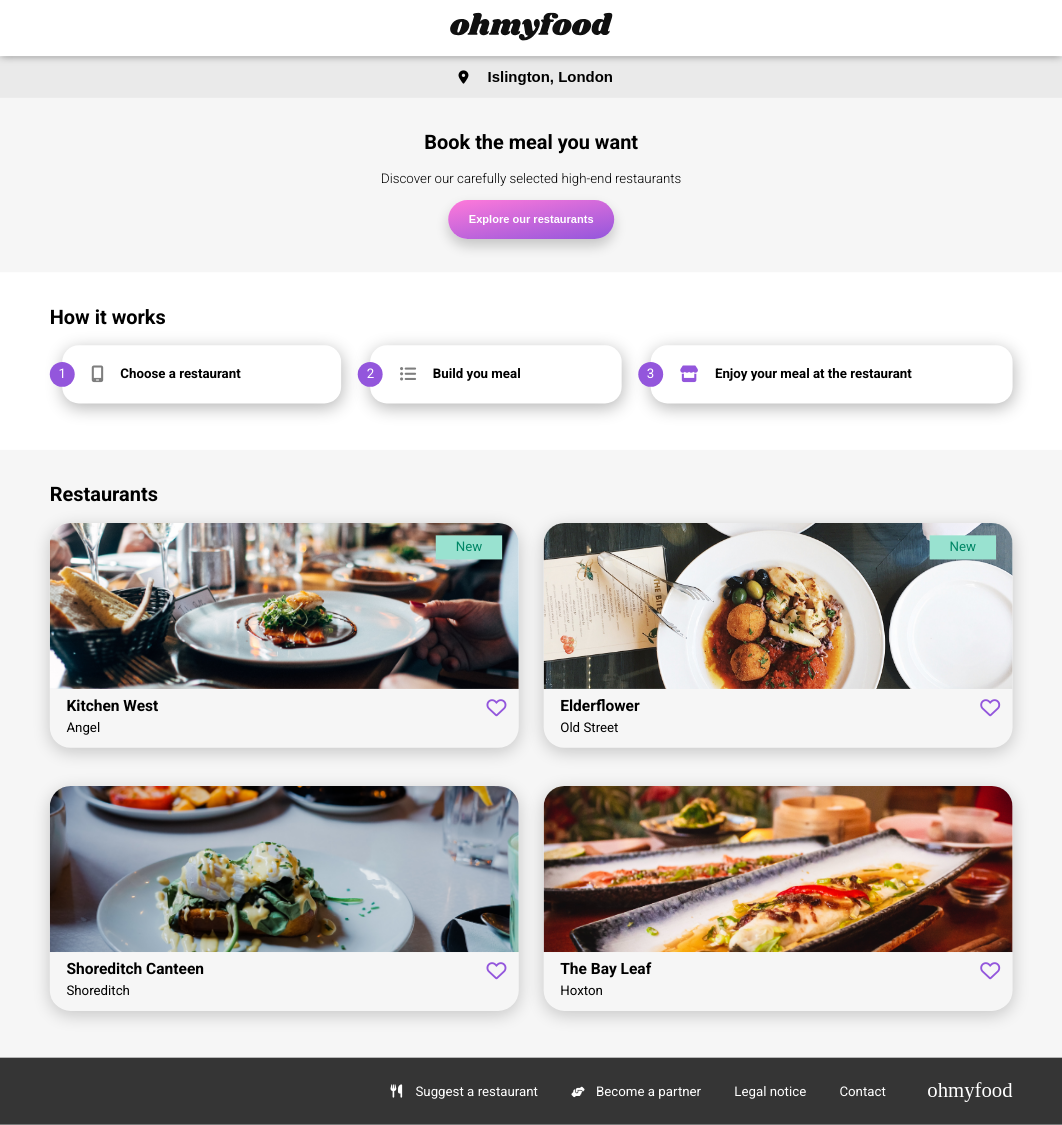
Repository: R1ptou/Project-3
Page: index.html
These files come from the project's save history. The page is drawn as it stood at one moment and after the next save; the edit follows.
The browser window is 1280 px wide. The pictures show the whole page, at 83% of full size.
Some web fonts or font styles are not loaded; a fallback is used. The style sheet was rebuilt from its Sass, Less or Tailwind sources for each picture, by a compiler version that may differ from the author's.

Above is the page before, as saved 2024-03-29 12:30:32.

### index.html
<!DOCTYPE html>
<html lang="en">
<head>
    <meta charset="UTF-8">
    <meta name="viewport" content="width=device-width, initial-scale=1.0">
    <title>ohmyfood</title>
    <link rel="preconnect" href="https://fonts.googleapis.com">
    <link rel="preconnect" href="https://fonts.googleapis.com">
    <link rel="preconnect" href="https://fonts.gstatic.com" crossorigin>
    <link href="https://fonts.googleapis.com/css2?family=Roboto:wght@300;400;700&family=Shrikhand&display=swap" rel="stylesheet">
    <link rel="stylesheet" href="https://cdnjs.cloudflare.com/ajax/libs/font-awesome/6.2.1/css/all.min.css"
        integrity="sha512-MV7K8+y+gLIBoVD59lQIYicR65iaqukzvf/nwasF0nqhPay5w/9lJmVM2hMDcnK1OnMGCdVK+iQrJ7lzPJQd1w=="
        crossorigin="anonymous" referrerpolicy="no-referrer">
    <link rel="stylesheet" href="./css/style.css">
</head>
<body>
<!-- Nav -->
    <nav class="navbar"> <!-- Logo -->
        <div class="container text-center">
            <img class="logo" src="./Images%20and%20text%20Ohmyfood/images/logo/ohmyfood@2x.svg" alt="ohmyfood logo" >
        </div>
    </nav>
    <form class="search-bar"> <!-- Search bar -->
        <div class="container text-center">
            <div class="icon-search"><i class="text-black fa-solid fa-location-dot"></i></div>
            <input class="input-search" value="Islington, London" type="text">
         </div>
    </form>

    <main>
        <section class="section bg-dark"> <!-- Headline -->
            <div class="container text-center">
                <h2 class="headline">Book the meal you want</h2>
                <p class="sub-headline">Discover our carefully selected high-end restaurants</p>
                <button type="submit" class="button-search">Explore our restaurants</button> <!-- Submit button -->
            </div>
        </section>

<!-- How it works -->
        <section class="section container">
            <h2 class="headline">How it works</h2>
             <ol class="list-group">
                <li class="list-group__item">
                    <span class="fa-solid fa-mobile-screen list-group__icon"></span>
                    <span class="list-group__title">Choose a restaurant</span>
                </li>
                <li class="list-group__item">
                    <span class="fa-solid fa-list-ul list-group__icon"></span>
                    <span class="list-group__title">Build you meal</span>
                </li>
                <li class="list-group__item">
                    <span class="fa-solid fa-store list-group__icon active-icon"></span>
                    <span class="list-group__title">Enjoy your meal at the restaurant</span>
                </li>
             </ol>
        </section>
<!-- Restaurants -->
        <section class="section bg-dark">
            <div class="container">
                <h2 class="headline">Restaurants</h2>
                <div class="card-group">
                 <a href="./kitchen-west.html" class="card">
                    <img class="card-img" src="./Images%20and%20text%20Ohmyfood/images/restaurants/jay-wennington-N_Y88TWmGwA-unsplash.jpg" alt="">
                    <span class="badge">New</span>
                    <div class="card-row">
                        <div class="card-content">
                            <h3 class="card-title">Kitchen West</h3>
                            <p class="card-subtitle">Angel</p>
                        </div>
                        <div class="heart">
                            <span class="fa-solid fa-heart heart-icon heart-full"></span>
                            <span class="fa-regular fa-heart heart-icon heart-empty"></span>
                        </div>
                    </div>
                 </a>
                 <a href="./elderflower.html" class="card">
                    <img class="card-img" src="./Images%20and%20text%20Ohmyfood/images/restaurants/stil-u2Lp8tXIcjw-unsplash.jpg" alt="">
                    <span class="badge">New</span>
                    <div class="card-row">
                        <div class="card-content">
                            <h3 class="card-title">Elderflower</h3>
                            <p class="card-subtitle">Old Street</p>
                        </div>
                        <div class="heart">
                            <span class="fa-solid fa-heart heart-icon heart-full"></span>
                            <span class="fa-regular fa-heart heart-icon heart-empty"></span>
                        </div>
                    </div>
                 </a>
                 <a href="./shoreditch-canteen.html" class="card">
                    <img class="card-img" src="./Images%20and%20text%20Ohmyfood/images/restaurants/toa-heftiba-DQKerTsQwi0-unsplash.jpg" alt="">
                    <div class="card-row">
                        <div class="card-content">
                            <h3 class="card-title">Shoreditch Canteen</h3>
                            <p class="card-subtitle">Shoreditch</p>
                        </div>
                        <div class="heart">
                            <span class="fa-solid fa-heart heart-icon heart-full"></span>
                            <span class="fa-regular fa-heart heart-icon heart-empty"></span>
                        </div>
                    </div>
                 </a>
                 <a href="./the-bay-leaf.html" class="card">
                    <img class="card-img" src="./Images%20and%20text%20Ohmyfood/images/restaurants/louis-hansel-shotsoflouis-qNBGVyOCY8Q-unsplash.jpg" alt="">
                    <div class="card-row">
                        <div class="card-content">
                            <h3 class="card-title">The Bay Leaf</h3>
                            <p class="card-subtitle">Hoxton</p>
                        </div>
                        <div class="heart">
                            <span class="fa-solid fa-heart heart-icon heart-full"></span>
                            <span class="fa-regular fa-heart heart-icon heart-empty"></span>
                        </div>
                    </div>
                 </a>
                </div>
            </div>
        </section>
    </main>

<!-- Footer -->

<footer class="footer">
    <div class="container">
    <div class="row"> <!-- Logo -->
        <a href="#" class="footer-logo" title="Back to top of the page">ohmyfood</a>
        <ul class="list">
            <li><a href="#"><span class="fa-solid fa-utensils footer-ico"></span>Suggest a restaurant</a></li>
            <li><a href="#"><i class="fa-solid fa-handshake-angle footer-ico ico-resize"></i>Become a partner</a></li>
            <li><a href="#">Legal notice</a></li>
        <li><a href="mailto:project3@ohmyfood.com" title="Email Us" alt="Email Us">Contact</a></li>
      </ul>
     </div>
    </div>
  </footer>
</body>
</html>

### scss/style.scss
/****** General ***********/

@import "variables";
@import "base";
@import "footer";
@import "loader";
@import "list-group";
@import "card";
@import "button";

.container {
    max-width: 1200px;
    margin: auto;
    padding-left: 20px;
    padding-right: 20px;
}

.text-center {
    text-align: center;
}

.bg-dark {
    background-color: $senary-color;
}

.section {
    padding-top: 40px;
    padding-bottom: 40px;
    position: relative;
}

/****** Nav ***********/
.navbar {
    box-shadow: 0 0 10px 0 rgba($color: #000000, $alpha: .5);
    position: relative;
    padding: 15px 0;
}

.back-link {
    position: absolute;
    left: 20px;
    line-height: 2;
}

.back-link:focus {
    outline: none;
}

/****** restaurant-1 ***********/

.title {
    display: flex;
    justify-content: space-around;
    margin-top: 0;
    font-family: $primary-serif;
}

@media screen and (min-width: 768px) {
    .title {
    text-align: center;
    }
}

.sub-title {
    text-transform: uppercase;
    font-weight: 100px;
    display: inline-block;
    padding: 10px;
    position: relative;
}

.sub-title:before {
    position: absolute;
    content: "";
    display: block;
    height: 3px;
    bottom: 0;
    left: 9px;
    width: 45px;
    background-color: $tertiary-color;
}

/****** Menu page ***********/

.gap {
    display: flex;
    flex-direction: column;
    gap: 15px;
}

.menu-item {
    display: flex;
    background: #fff;
    border-radius: 20px;
    box-shadow: 0 4px 8px 0 rgba(0,0,0,0.2);
    position: relative;
    overflow: hidden;
    cursor: pointer;


    .menu-item__price {
    display: flex;
    align-items: end;
    padding: 15px 20px;
    }

    &:hover {
    .menu-item__checkmark {
        width: 75px;
    }
    .menu-item__checkmark-icon {
        transform: rotate(0deg);
        -webkit-transform: rotate(0deg);
    }
    }

    .menu-item__body {
    display: flex;
    flex-direction: column;
    width: 100%;
    padding: 15px;
    overflow: hidden;
    gap: 5px;
    }

    .menu-item__heading {
    margin: 0;
    font-size: 1.1rem;
    overflow: hidden;
    }

    .menu-item__content {
    margin: 0;
    font-size: 1rem;
    overflow: hidden;
    text-overflow: ellipsis;
    white-space: nowrap;
    }

    .menu-item__checkmark {
    display: flex;
    flex-shrink: 0;
    justify-content: center;
    align-items: center;
    overflow: hidden;
    background: $tertiary-color;
    right: 0;
    top: 0;
    bottom: 0;
    width: 0;
    transition: width 0.5s;
    }

    .menu-item__checkmark-icon {
    transition: transform 0.5s;
    transform: rotate(360deg);
    color: #fff;
    }
}

.heart {
    top: 0;
    right: 0;
}

.border-top {
    border-top-right-radius: 20px;
    border-top-left-radius: 20px;
}

.header-image {
    height: 250px;
    width: 100%;
    object-fit: cover;
    margin-bottom: -50px;
}

/****** Search bar ***********/

.search-bar {
    background-color: $septenary-color;
}

.icon-search {
    display: inline-flex;
    justify-content: center;
    align-items: center;
    width: 50px;
    height: 50px;
    flex-shrink: 0;
}

.input-search {
    border-width: 0;
    border-style: none;
    width: 159px;
    padding: 0;
    font-weight: bold;
    font-size: 18px;
    background-color: $septenary-color;
    caret-color: $tertiary-color;
}
.input-search:focus {
    outline: none;
}

/****** Headline ***********/
.headline {
    margin-top: 0;
}

.sub-headline {
    font-weight: 300;
}

/****** How it works ***********/



/****** Restaurants ***********/

.badge {
    position: absolute;
    height: 1.8rem;
    width: 5rem;
    text-align: center;
    line-height: 1.8rem;
    color: $quaternary-color;
    background: $tertiary-color;
    top: 15px;
    right: 20px;

}

.heart {
    position: relative;
    display:inline-block;
    height: 24px;
    width: 24px;
    top: 10px;
    right: 15px;
}

.heart-icon {
    position: absolute;
    display: inline-block;
    height: 24px;
    width: 24px;
    color: $primary-color;
    font-size: 24px;
}

.heart-empty {
    transition: opacity .5s;
    opacity: 1;
}

.heart-full {
    transition: opacity .5s;
    opacity: 0;
    background-image: $gradient;
    background-clip: text;
    -webkit-background-clip: text;
    color: transparent;
}

.heart:hover .heart-full {
    opacity: 1;
}

.heart:hover .heart-empty {
    opacity: 0;
}

/****** Starters ***********/


/****** Mains ***********/


/****** Deserts ***********/


/****** Label ***********/


/****** Icon ***********/

### scss/_variables.scss
    $primary-color: #9356DC; // button, badge, icon hover
    $secondary-color: #FF79DA; // button gradient
    $tertiary-color: #99E2D0; // element hue
    $quaternary-color: #008766; // badge font
    $quinary-color: #7E7E7E; // icons
    $senary-color: #F6F6F6; // background hue (off-white)
    $septenary-color: #EAEAEA; // form field background
    $octonary-color: #353535; // footer background

    $gradient: linear-gradient(-10deg, #9356DC, #FF79DA);
    $gradient-hover: linear-gradient(120deg, #9356DC, #FF79DA);

    $primary-sans-serif: "Roboto", sans-serif;
    $primary-serif: "Shrikhand", serif;

### scss/_base.scss
body {
    margin: 0;
    padding: 0;
    color: #000;
    font-family: $primary-sans-serif;
    }

::selection {
    color: #000;
    background: $tertiary-color;
    }

a {
    text-decoration: none;
    }

a, a:visited {
    color: inherit;
    }

a:hover, a:focus {
    color: $tertiary-color;
}

* {
    box-sizing: border-box;
    -moz-box-sizing: border-box;
    -webkit-box-sizing: border-box;
    }

*:focus {
    outline: $tertiary-color solid 2px;
}

html {
    scroll-behavior: smooth;
  }

### scss/_footer.scss
/****** Footer ***********/

.footer {
    background-color: $octonary-color;
    color: #fff;
    padding: 15px 0;
}

.footer-logo {
    color: #fff;
    font-family: $primary-serif;
    font-size: 25px;
    margin: 0;
}

.footer-logo:focus {
    outline: none;
}

.footer a:hover {
    color: $tertiary-color;
}

.footer-ico {
    width: 30px;
}

.ico-resize {
    font-size: 13px;
}

.list {
    list-style: none;
    padding-left: 0;
}

// .list:focus {
//     outline: none;
// }

@media screen and (min-width: 768px) {
    .list {
        display: flex;
        gap: 40px;
    }

    .footer .row {
        overflow: hidden;
        display: flex;
        flex-direction: row-reverse;
        justify-content: end;
        gap: 50px;
        align-items: center;
    }
}

### scss/loader.scss
.menu--fade {
	animation-name: menu-fade;
	animation-duration: 3s;
	animation-iteration-count: 1;
	animation-fill-mode: forwards;
	opacity: 0;
}

.menu--fade-1 {
	animation-delay: 0.1s;
}
.menu--fade-2 {
	animation-delay: 0.2s;
}
.menu--fade-3 {
	animation-delay: 0.3s;
}

@keyframes menu-fade {
  0% {
    opacity: 0;
		transform: translate(0, 200px);
  }
  100% {
    opacity: 1;
		transform: translate(0);
  }
}

.loader {
	background-color: $senary-color;
	position: fixed;
	top: 0;
	bottom: 0;
	left: 0;
	right: 0;
	display: flex;
	justify-content: center;
	align-items: center;
	animation-name: loader-fade;
	animation-duration: 2s;
	animation-delay: 2s;
	animation-iteration-count: 1;
	animation-fill-mode: forwards;
	z-index: 1
}

@keyframes loader-fade {
  0% {
    opacity: 1;
  }
	99% {
    opacity: 0;
		top: 0;
		bottom: 0;
	}
    100% {
		top: -10000px;
		bottom: auto;
  }
}

.lds-ring {
  display: inline-block;
  position: relative;
  width: 80px;
  height: 80px;
}
.lds-ring div {
  box-sizing: border-box;
  display: block;
  position: absolute;
  width: 64px;
  height: 64px;
  margin: 8px;
  border: 8px solid #000;
  border-radius: 50%;
  animation: lds-ring 1.2s cubic-bezier(0.5, 0, 0.5, 1) infinite;
  border-color: #000 transparent transparent transparent;
}
.lds-ring div:nth-child(1) {
  animation-delay: -0.45s;
}
.lds-ring div:nth-child(2) {
  animation-delay: -0.3s;
}
.lds-ring div:nth-child(3) {
  animation-delay: -0.15s;
}

@keyframes lds-ring {
  0% {
    transform: rotate(0deg);
  }
  100% {
    transform: rotate(360deg);
  }
}

### scss/_list-group.scss
.list-group {
	list-style: none;
	padding: 0;
	display: flex;
	flex-direction: column;
	gap: 20px;
	counter-reset: my-counter;

	.list-group__item {
		margin-left: 15px; // offset number margin
		padding: 20px 20px 20px 0;
		display: flex;
		align-items: center;
		gap: 20px;
		box-shadow: 1px 5px 20px rgba($color: #000000, $alpha: .3);
		border-radius: 20px;
		counter-increment: my-counter;
        flex-grow: 1;

		&:before {
			content: counter(my-counter); // custom counter
			height: 30px;
			width: 30px;
			background-color: $primary-color;
			border-radius: 50%;
			display: flex;
			justify-content: center;
			align-items: center;
			color: #fff;
			margin-left: -15px; // inset number
		}
    }
}

.list-group__icon {
    background: none;
    color: $quinary-color;
	font-size: 20px;
}

.list-group__icon:hover {
    color: $primary-color;
}

.active-icon {
	color: $primary-color;
}

.list-group__title {
    font-weight: 700;
}

@media screen and (min-width: 768px) {
    .list-group {
        flex-direction: row;
    }
}

### scss/_card.scss
.card-group {
    display: flex;
    flex-wrap: wrap;
    gap: 30px;
}

.card-group .card {
    min-width: 368px;
    flex: 1 0 0;
}

/****** Restaurants ***********/

.card {
    margin-bottom: 1rem;
    display: flex;
    flex-direction: column;
    background-color: var(#F6F6F6);
    box-shadow: 0 5px 20px rgba(0,0,0,0.2);
    border-radius: 25px;
    overflow: hidden;
    position: relative;
}

.card-img {
    object-fit: cover;
    width: 100%;
    height: 200px;
}

.card-content {
    padding: 10px 20px;
    flex-grow: 1;
}

.card-title {
    margin: 0;
}

.card-subtitle {
    margin: 5px 0;
}

.card-row {
    display: flex;
}

### scss/_button.scss
/****** Submit button ***********/

.button-search{
    padding: 16px 25px;
    color: #fff;
    font-weight: bold;
    background: $gradient;
    border-radius: 25px;
    border: none;
    justify-content: center;
    box-shadow: 0 8px 15px 0 rgba($color: #000000, $alpha: 0.2);
    transition: all 0.5s ease-out;
    cursor: pointer;
}

.button-search:hover,
.button-search:focus {
    filter: brightness(115%);
    //color: $tertiary-color;
    box-shadow: 0 8px 15px 0 rgba($color: #7E7E7E, $alpha: 0.8);
}

.button-order{
    padding: 16px 75px;
    color: #fff;
    font-weight: bold;
    background: $gradient;
    border-radius: 25px;
    border: none;
    justify-content: center;
    box-shadow: 0 8px 15px 0 rgba($color: #000000, $alpha: 0.2);
    transition: all 0.5s ease-out;
    cursor: pointer;
}

.button-order:hover,
.button-order:focus {
    filter: brightness(115%);
    //color: $tertiary-color;
    box-shadow: 0 8px 15px 0 rgba($color: #7E7E7E, $alpha: 0.8);
}

After the next save:
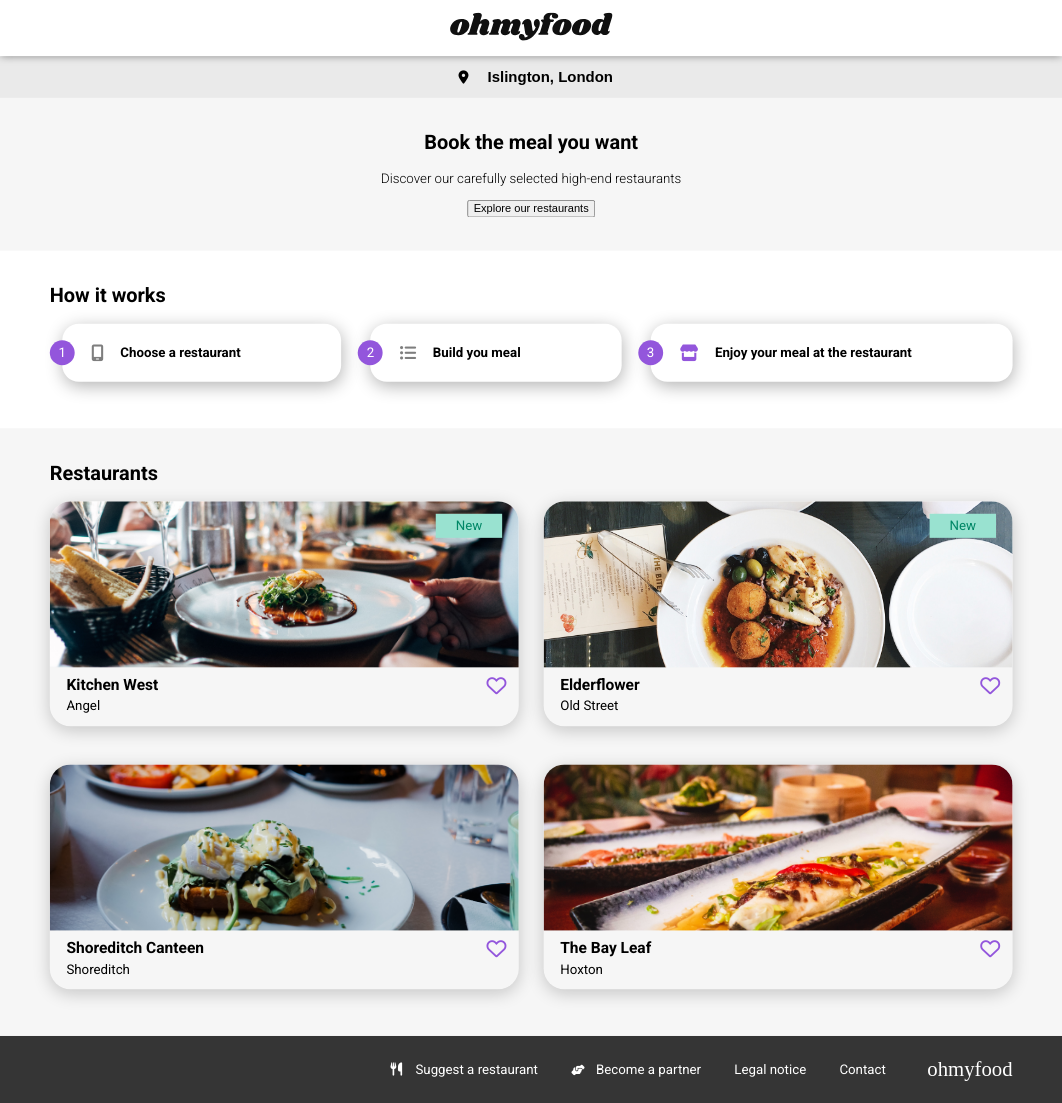
Saved 19 s later.
--- a/index.html
+++ b/index.html
@@ -32,7 +32,7 @@
             <div class="container text-center">
                 <h2 class="headline">Book the meal you want</h2>
                 <p class="sub-headline">Discover our carefully selected high-end restaurants</p>
-                <button type="submit" class="button-search">Explore our restaurants</button> <!-- Submit button -->
+                <button type="submit" class="button">Explore our restaurants</button> <!-- Submit button -->
             </div>
         </section>
 

After the save that followed:
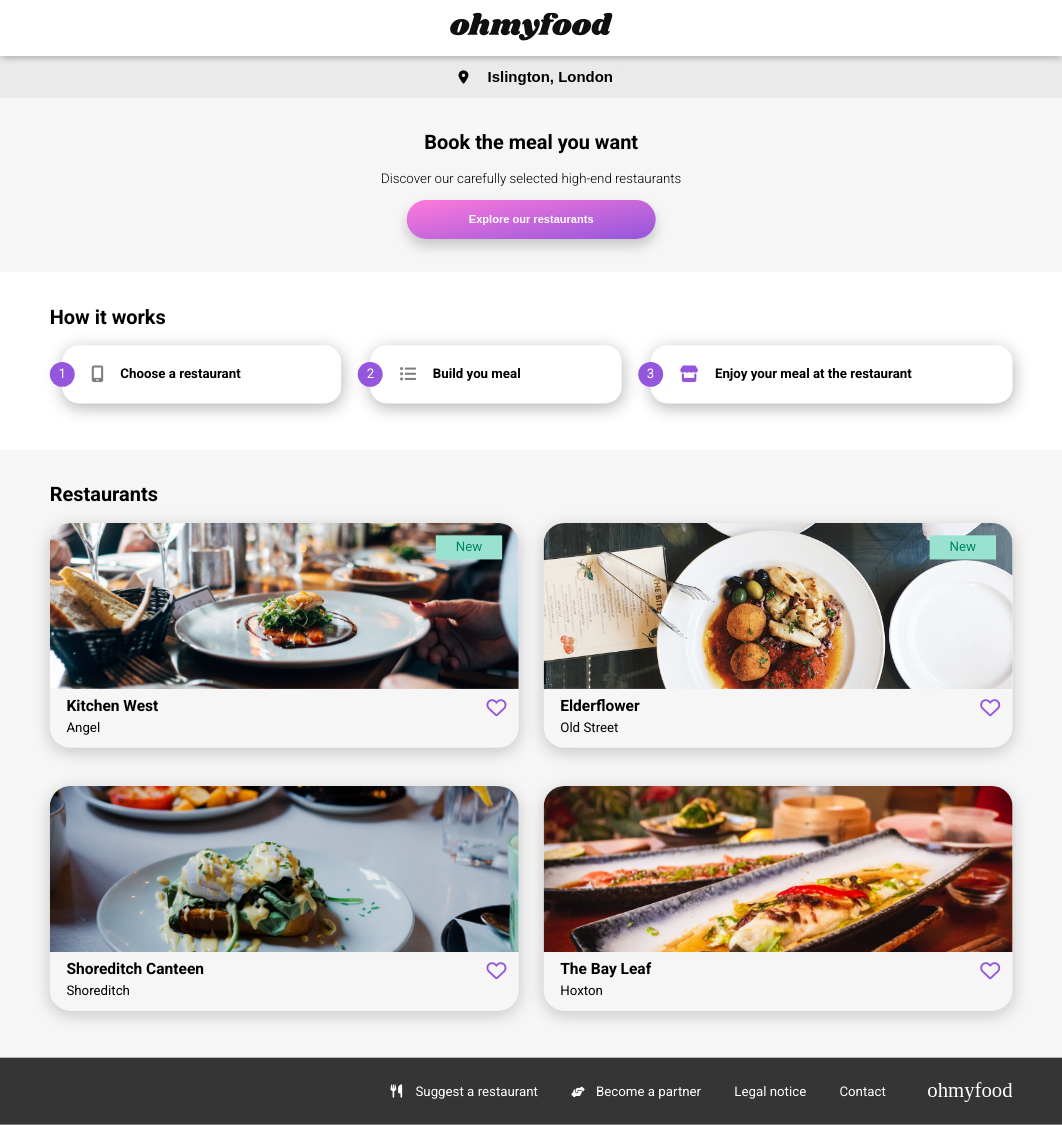
Saved 25 s later.
--- a/scss/_button.scss
+++ b/scss/_button.scss
@@ -1,6 +1,6 @@
 /****** Submit button ***********/
 
-.button-search{
+.button{
     padding: 16px 25px;
     color: #fff;
     font-weight: bold;
@@ -13,14 +13,14 @@
     cursor: pointer;
 }
 
-.button-search:hover,
-.button-search:focus {
+.button:hover,
+.button:focus {
     filter: brightness(115%);
     //color: $tertiary-color;
     box-shadow: 0 8px 15px 0 rgba($color: #7E7E7E, $alpha: 0.8);
 }
 
-.button-order{
+.button{
     padding: 16px 75px;
     color: #fff;
     font-weight: bold;
@@ -32,10 +32,3 @@
     transition: all 0.5s ease-out;
     cursor: pointer;
 }
-
-.button-order:hover,
-.button-order:focus {
-    filter: brightness(115%);
-    //color: $tertiary-color;
-    box-shadow: 0 8px 15px 0 rgba($color: #7E7E7E, $alpha: 0.8);
-}
